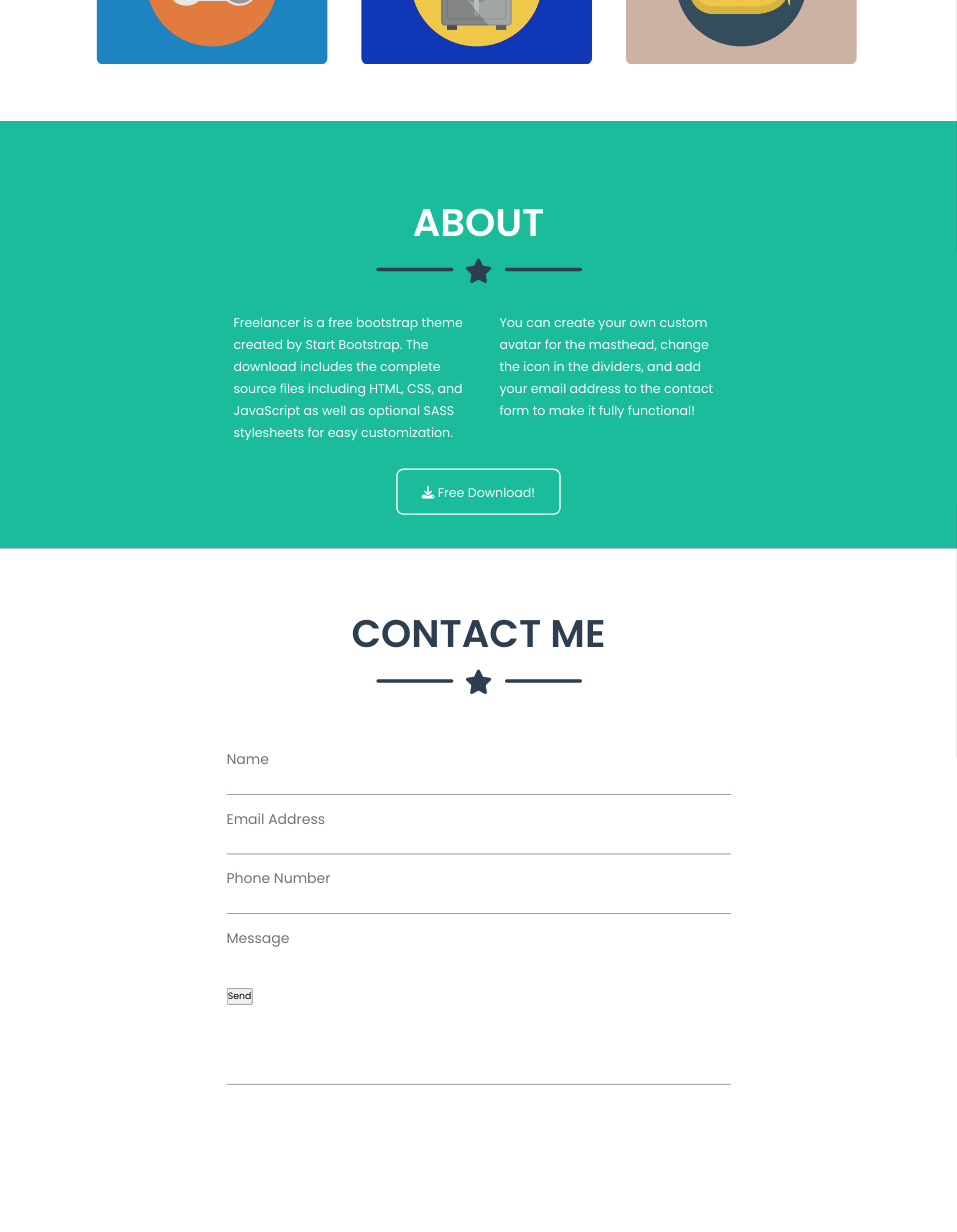
Repository: sSoRaK/web-cut-by-figma_train
Page: bai02/index.html
These files come from the project's save history. The page is drawn as it stood at one moment and after the next save; the edit follows.
The browser window is 1280 px wide. The page is 1367 px wide, so the pictures cover 1367 px, including what lies to the right of the window. The pictures show the part of the page from y = 1459 to 3219 px (the page is 3219 px tall), at 70% of full size.

Above is the page before, as saved 2023-06-02 14:41:04.

After the next save:
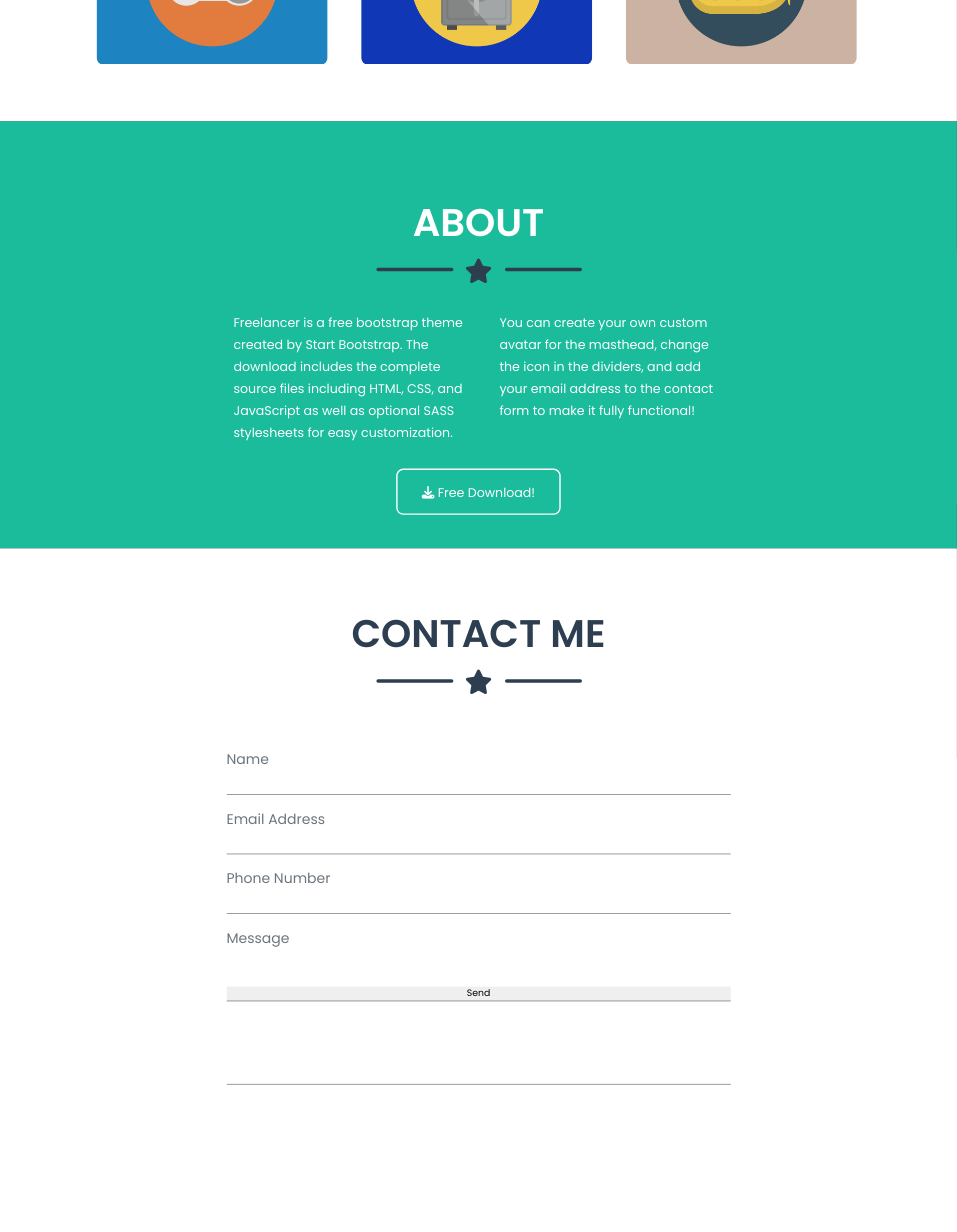
Saved 84 s later.
--- a/bai02/index.html
+++ b/bai02/index.html
@@ -143,7 +143,9 @@
                   style="resize: none"
                 ></textarea>
               </div>
-              <input type="submit" value="Send" class="send-btn" />
+              <div class="block">
+                <input type="submit" value="Send" />
+              </div>
             </form>
           </div>
         </section>

After the save that followed:
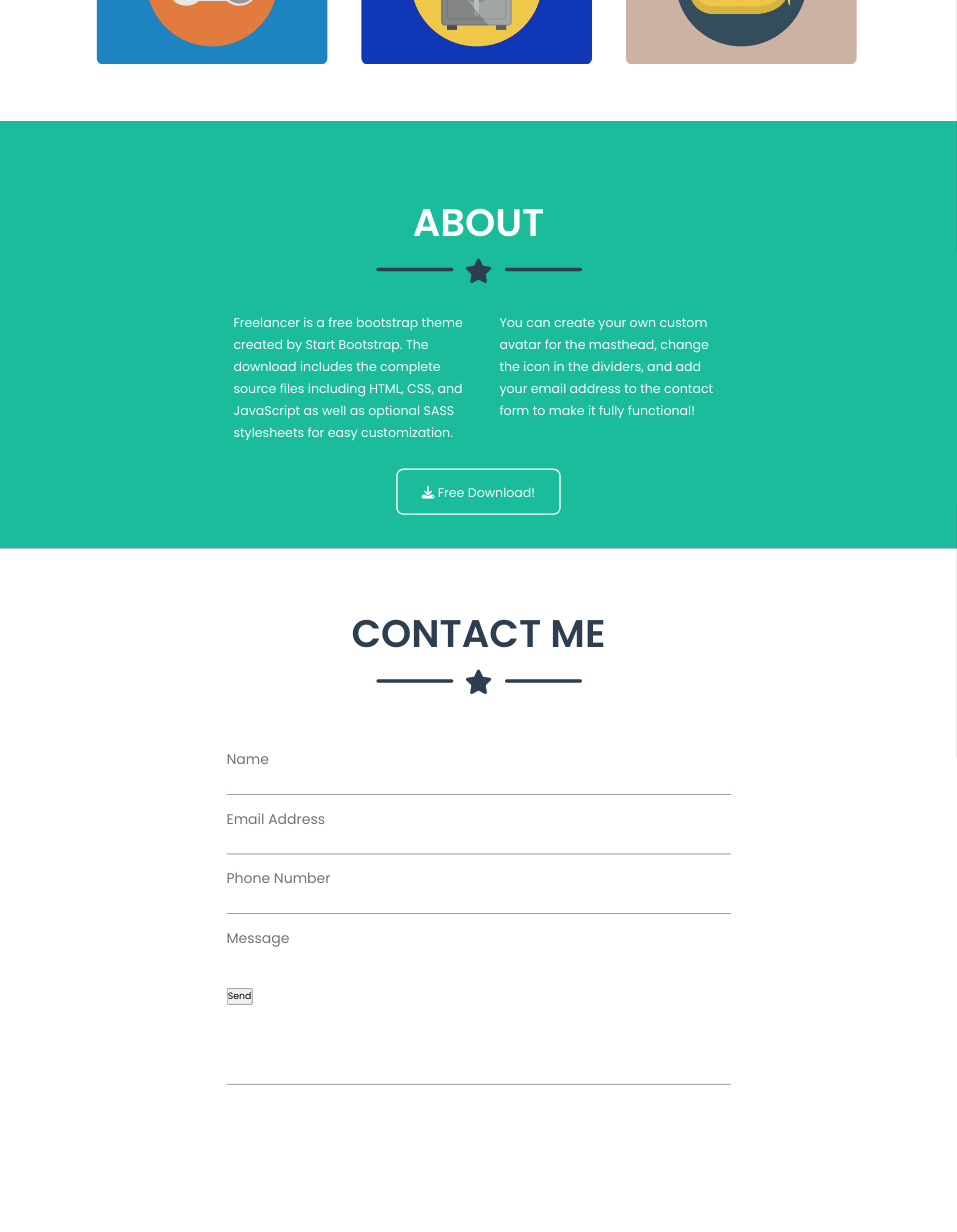
Saved 20 s later.
--- a/bai02/index.html
+++ b/bai02/index.html
@@ -143,7 +143,7 @@
                   style="resize: none"
                 ></textarea>
               </div>
-              <div class="block">
+              <div class="send-btn">
                 <input type="submit" value="Send" />
               </div>
             </form>
